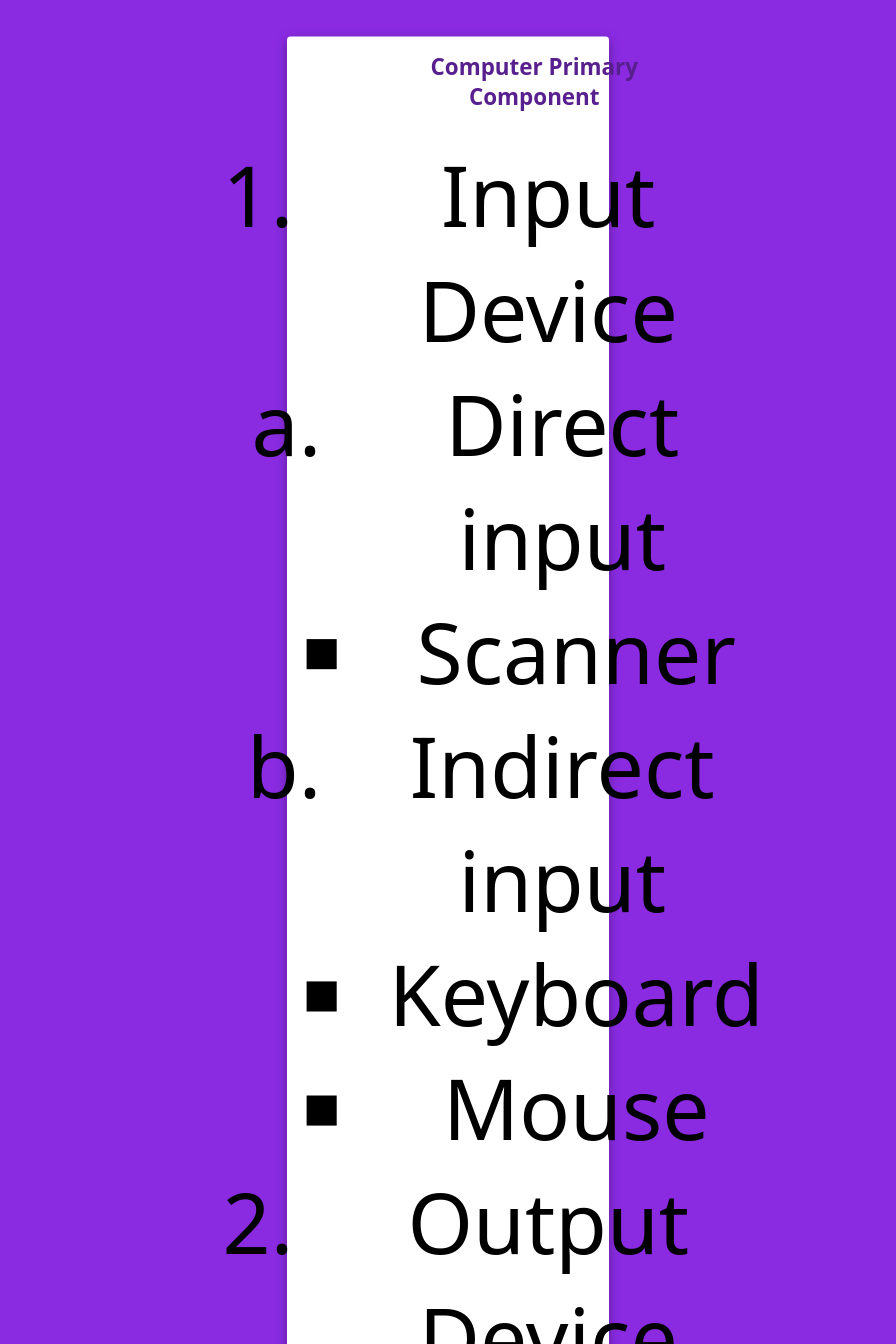
Repository: SharonSebastian32/Nested_List_in_html
Page: index.html
The author's editor kept a copy of each file at every save. The page is drawn from the files as they stood at one save, then again after the next save.
The browser window is 1280 px wide. The pictures show the part of the page from y = 0 to 1920 px (the page is 5274 px tall before and 788 px after), at 70% of full size.

Above is the page before, as saved 2024-09-01 08:13:06.

### index.html
<!DOCTYPE html>
<html lang="en">
  <head>
    <meta charset="UTF-8" />
    <meta name="viewport" content="width=device-width, initial-scale=1.0" />
    <title>Document</title>
    <link rel="stylesheet" href="./Styles/Styles.css" />
    <link href="https://unpkg.com/aos@2.3.1/dist/aos.css" rel="stylesheet" />
    <style>
        li{
            font-size: 120px;
        }
    </style>
  </head>
  <body style="background-color: blueviolet">
    <center>
      <br />
      <br />
      <div
        data-aos="zoom-in-up"
        style="
          border-radius: 5px;
          display: flex;
          flex-wrap: wrap;
          justify-content: center;
          align-items: center;
          flex-direction: column;
          background-color: rgb(255, 255, 255);
          width: 460px;
          box-shadow: rgba(0, 0, 0, 0.35) 0px 5px 15px;
        "
      >
        <h1 style="color: rgb(88, 31, 142);">Computer Primary Component</h1>
        <ol>
          <li>Input Device</li>
          <ol type="a">
            <li>Direct input</li>
            <ul style="list-style-type: square">
              <li>Scanner</li>
            </ul>
            <li>Indirect input</li>
            <ul>
              <li>Keyboard</li>
              <li>Mouse</li>
            </ul>
          </ol>
          <li>Output Device</li>
          <ol type="a">
            <li>Monitor</li>
            <ul>
              <li>CRT Monitor</li>
              <li>LCD Monitor</li>
            </ul>
            <li>Speaker</li>
          </ol>
          <li>Processing Device</li>
          <ol type="a">
            <li>ALU</li>
            <ul>
              <li>Arithmetic Unit</li>
              <li>Logic Unit</li>
            </ul>
            <ul></ul>
            <li>CU</li>
          </ol>
          <li>Storage Device</li>
          <ol type="a">
            <li>Primary Storage</li>
            <ul>
              <li>RAM</li>
              <ol type="I">
                <li>SRAM</li>
                <li>DRAM</li>
              </ol>
            </ul>
          </ol>
        </ol>
      </div>
    </center>
    <script src="https://unpkg.com/aos@2.3.1/dist/aos.js"></script>
    <script>
      AOS.init();
    </script>
  </body>
</html>

### Styles/Styles.css
*{
    font-family: system-ui, -apple-system, BlinkMacSystemFont, 'Segoe UI', Roboto, Oxygen, Ubuntu, Cantarell, 'Open Sans', 'Helvetica Neue', sans-serif;

}

After the next save:
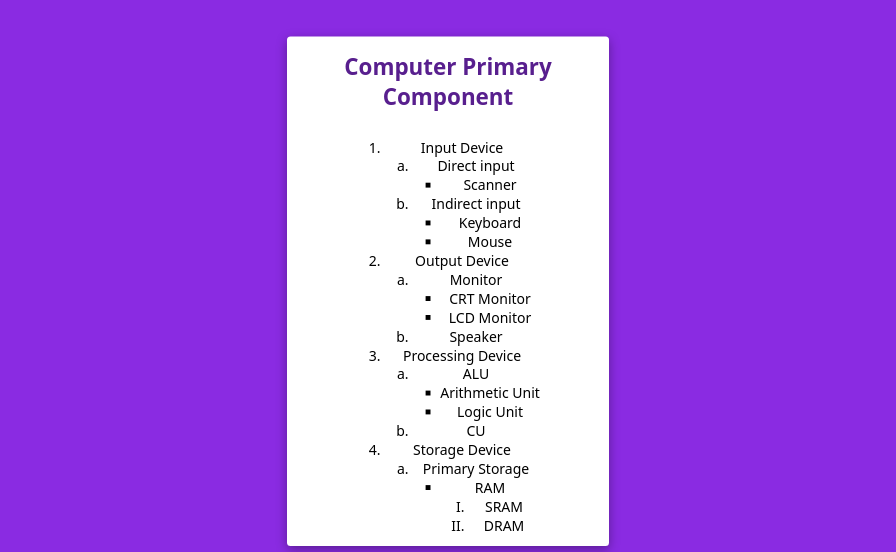
Saved 6 s later.
--- a/index.html
+++ b/index.html
@@ -8,7 +8,7 @@
     <link href="https://unpkg.com/aos@2.3.1/dist/aos.css" rel="stylesheet" />
     <style>
         li{
-            font-size: 120px;
+            font-size: 20px;
         }
     </style>
   </head>
